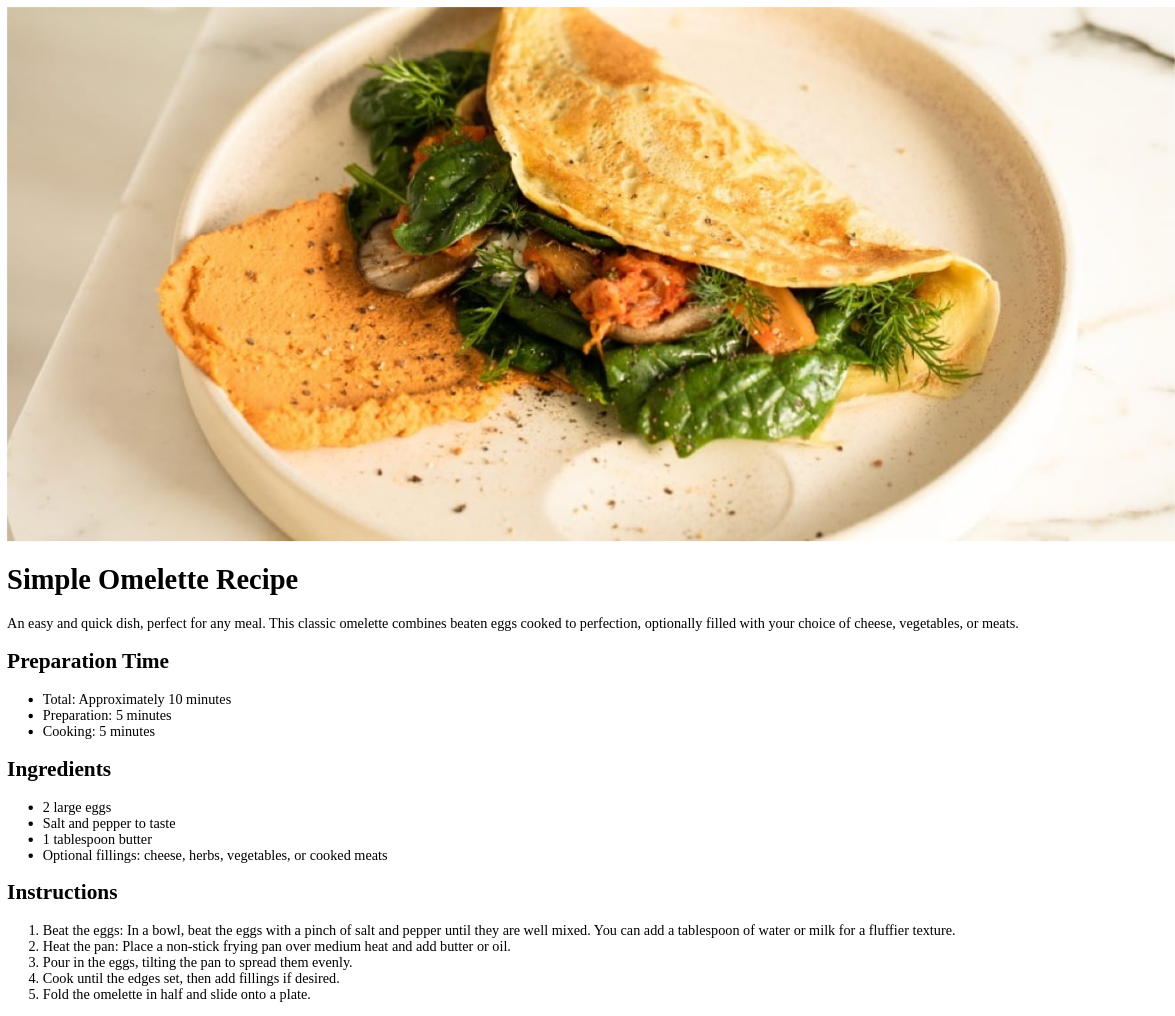
Repository: akbasliogulcan/omletterecipe
Page: index.html
The author's editor kept a copy of each file at every save. The page is drawn from the files as they stood at one save, then again after the next save.
The browser window is 1280 px wide. The page is 1320 px wide, so the pictures cover 1320 px, including what lies to the right of the window. The pictures show the whole page, at 89% of full size.

Above is the page before, as saved 2025-07-20 17:17:36.

### index.html
<!DOCTYPE html>
<html lang="en">

<head>
  <meta charset="UTF-8">
  <meta name="viewport" content="width=device-width, initial-scale=1.0">
  <title>simple omelette recipe</title>
  <link rel="stylesheet" href="style.css">
</head>

<body>

  <div class="simple">
    <img src="./assets/images/image-omelette.jpeg" alt="omlette-icon">
    <h1> Simple Omelette Recipe</h1>
    <p>An easy and quick dish, perfect for any meal. This classic omelette combines beaten eggs cooked
      to perfection, optionally filled with your choice of cheese, vegetables, or meats.
    </p>

    <div class="preparation">
      <h2>Preparation Time</h2>
      <ul>
        <li> <span>Total: </span>Approximately 10 minutes
        </li>
        <li> <span>Preparation: </span>5 minutes</li>
        <li> <span>Cooking: </span>5 minutes</li>

      </ul>
    </div>

    <div class="ingredients">
      <h2>Ingredients</h2>
      <ul>
        <li>2 large eggs</li>
        <li>Salt and pepper to taste</li>
        <li>1 tablespoon butter</li>
        <li>Optional fillings: cheese, herbs, vegetables, or cooked meats</li>
      </ul>
    </div>

    <div class="instructions">
      <h2>Instructions</h2>
      <ol>
        <li>Beat the eggs: In a bowl, beat the eggs with a pinch of salt and pepper until they are well mixed.
          You can add a tablespoon of water or milk for a fluffier texture.</li>
        <li> Heat the pan: Place a non-stick frying pan over medium heat and add butter or oil.
        </li>
        <li>Pour in the eggs, tilting the pan to spread them evenly.</li>
        <li>Cook until the edges set, then add fillings if desired.</li>
        <li>Fold the omelette in half and slide onto a plate.</li>
      </ol>
    </div>

  </div>



</body>

</html>

Loaded but not shown: style.css (no stored copy; drawn as an empty file)

After the next save:
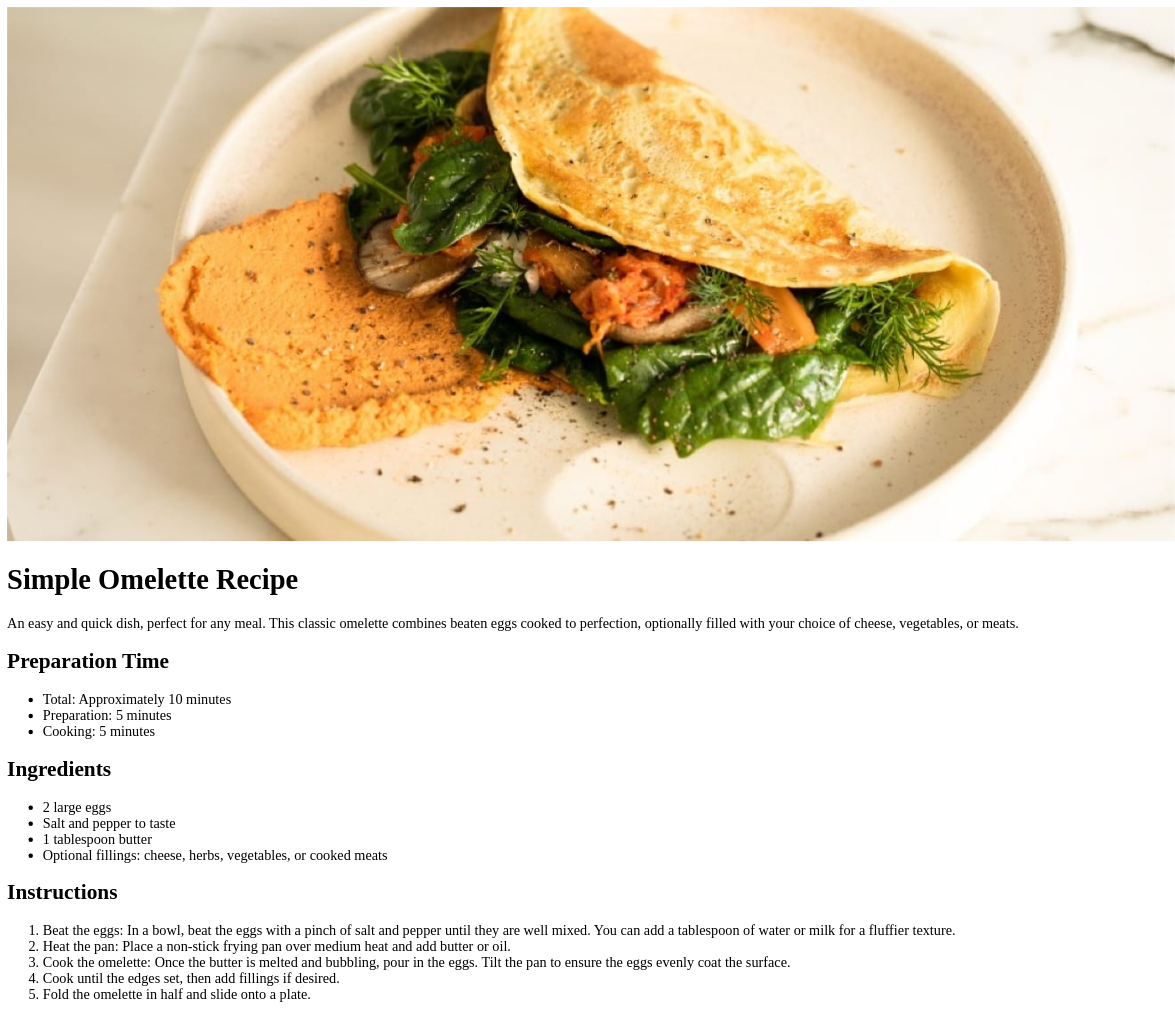
Saved 9 s later.
--- a/index.html
+++ b/index.html
@@ -45,7 +45,9 @@
           You can add a tablespoon of water or milk for a fluffier texture.</li>
         <li> Heat the pan: Place a non-stick frying pan over medium heat and add butter or oil.
         </li>
-        <li>Pour in the eggs, tilting the pan to spread them evenly.</li>
+        <li>
+          Cook the omelette: Once the butter is melted and bubbling, pour in the eggs. Tilt the pan to ensure
+          the eggs evenly coat the surface.</li>
         <li>Cook until the edges set, then add fillings if desired.</li>
         <li>Fold the omelette in half and slide onto a plate.</li>
       </ol>
